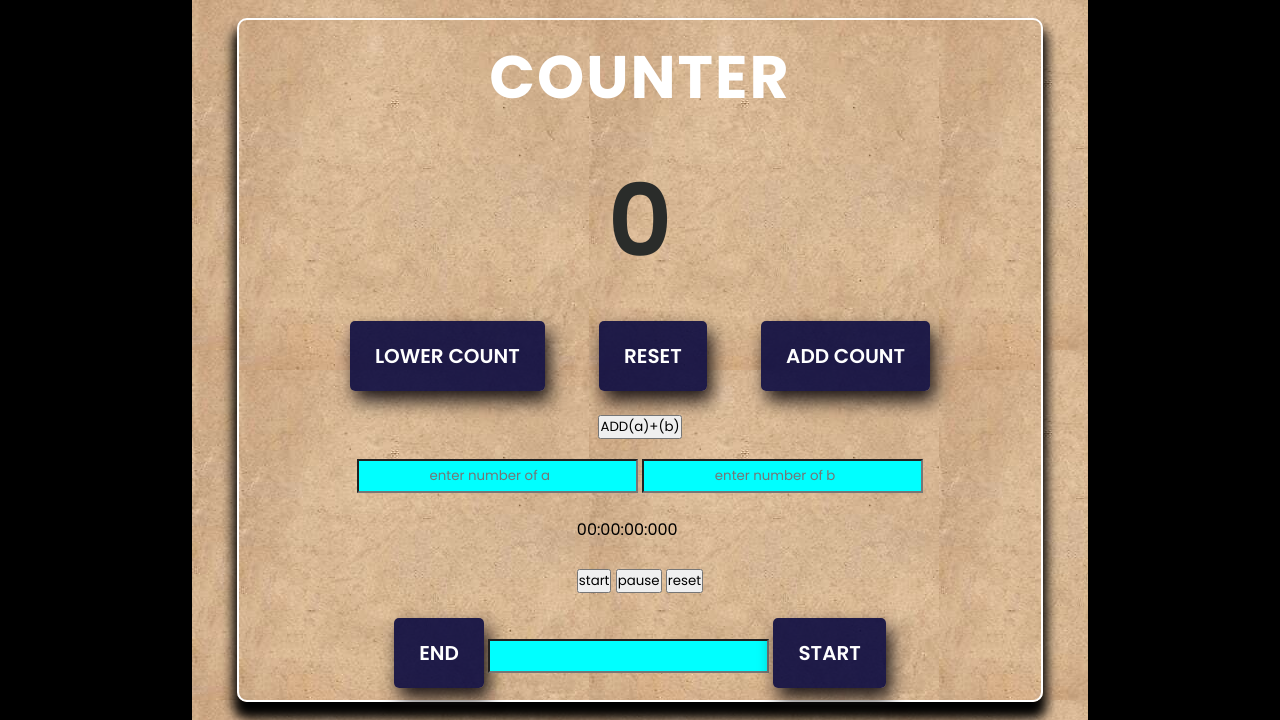
Repository: ArusyakAghajanyan/Counter
Page: index.html
An editor plug-in stored every save of this project. The page is shown before and after the next save, followed by the edit.
The browser window is 1280 px wide. The pictures show the whole page.

Above is the page before, as saved 2022-02-16 01:16:21.

### index.html
<!DOCTYPE html>
<html lang="en">
  <head>
    <meta charset="UTF-8" />
    <meta http-equiv="X-UA-Compatible" content="IE=edge" />
    <meta name="viewport" content="width=device-width, initial-scale=1.0" />
    <link rel="stylesheet" href="./style.css" />
    <title>Counter</title>
  </head>
  <body>
    <div class="body">
      <div class="parent">
          <div class="main">
              <div class="countText">
                  <h1>COUNTER</h1>
              </div>
              <div class="number">
                  <p id="num">0</p>
              </div>
              <div class="options">
                  <button class="leftButton">LOWER COUNT</button>
                  <button class="centerButton">RESET</button>
                  <button class="rightButton">ADD COUNT</button>
              </div>
              <div class="addABParent">
                  <button class="addAB">ADD(a)+(b)</button>
                  <input type="number" id="inputNum1" placeholder="enter number of a"><span class="plyus"></span>
                  <input type="number" id="inputNum2" placeholder="enter number of b"><span class="equals"></span>
                  <span id="valueOfSum"></span>
              </div>
              <form name="form_main">
                  <div>
                      <span id="hour">00</span>:<span id="minute">00</span>:<span id="second">00</span>:<span id="millisecond">000</span>
                  </div>
                  <br />
                  <button type="button" name="start">start</button>
                  <button type="button" name="pause">pause</button>
                  <button type="button" name="reset">reset</button>
              </form>
              <div class="options">
                  <button class="fibonLeft">END</button>
                  <input id="inputNumFibo">
                  <button class="fibonRight">START</button>
              </div>
          </div>
      </div>
  </div>
    <script src="./script.js"></script>
  </body>
</html>

### style.css
@import url('https://fonts.googleapis.com/css2?family=Poppins:wght@200;300;400;500;600;700&display=swap');
* {
    margin: 0;
    padding: 0;
    box-sizing: border-box;
    font-family: 'Poppins', sans-serif;
}

.body {
    background-color: black;
    position: absolute;
    width: 100%;
    height: 100%;
    display: flex;
    align-items: center;
    justify-content: center;
}

.parent {
    background-image: url("./image/Caesar-Materica-Ocra-Grip-225x453-cm-AFU6-Casa39.jpg");
    position: relative;
    width: 70%;
    height: 100%;
    display: flex;
    align-items: center;
    justify-content: center;
}

.main {
    background-image: url("./image/Caesar-Materica-Ocra-Grip-225x453-cm-AFU6-Casa39.jpg");
    position: relative;
    width: 90%;
    height: 95%;
    display: flex;
    align-items: center;
    justify-content: center;
    flex-direction: column;
    border: 2px solid white;
    border-radius: 10px;
    box-shadow: 0px 13px 12px 4px;
    display: flex;
    flex-direction: column;
    justify-content: space-around;
}

.countText {
    display: flex;
    align-items: center;
    justify-content: center;
    letter-spacing: 2px;
    color: white;
    font-size: 30px;
}

.number {
    font-size: 100px;
    font-weight: 600;
    color: rgb(42, 44, 42);
}

.options button {
    background-color: rgba(7, 7, 63, 0.884);
    border-radius: 5px;
    color: white;
    font-size: 20px;
    font-weight: 600;
    cursor: pointer;
    border: none;
    padding: 20px 25px 20px 25px;
    box-shadow: 5px 10px 18px #1D1717;
}

.options button:hover,
.btn button:hover {
    transform: scale(0.96);
}

.options button.leftButton {
    margin-right: 50px;
}

.options button.rightButton {
    margin-left: 50px;
}

.addABParent {
    text-align: -webkit-center;
}

.addAB {
    display: flex;
    margin-bottom: 20px;
}

input {
    padding: 5px 10px;
    text-align: center;
    background-color: aqua;
}

### script.js
const leftButton = document.querySelector(".leftButton");
const centerButton = document.querySelector(".centerButton");
const rightButton = document.querySelector(".rightButton");
const num = document.getElementById("num");
const addAB = document.querySelector(".addAB");
const valueOfSum = document.getElementById("valueOfSum");
const inputNum1 = document.getElementById("inputNum1");
const inputNum2 = document.getElementById("inputNum2");
const plyus = document.querySelector(".plyus");
const equals = document.querySelector(".equals");
const fibonLeft = document.querySelector(".fibonLeft");
const fibonRight = document.querySelector(".fibonRight");


let i = 0;
leftButton.addEventListener("click", function minus() {
    i--;
    num.innerHTML = i;
});

rightButton.addEventListener("click", function pulus() {
    i++;
    num.innerHTML = i;
});

centerButton.addEventListener("click", function reset() {
    i = 0;
    num.innerHTML = i;
    inputNum1.value = "";
    plyus.innerText = "";
    inputNum2.value = "";
    equals.innerText = "";
    valueOfSum.innerText = "";
});

function add(a) {
    return function name(b) {
        return a + b;
    }
}

addAB.addEventListener("click", function() {
    plyus.innerText = "+"
    equals.innerText = "="
    let inputNum1Value = Number(inputNum1.value);
    let inputNum2Value = Number(inputNum2.value);
    valueOfSum.innerText = add(inputNum1Value)(inputNum2Value)
});
//taymer start
let hour = 0;
let minute = 0;
let second = 0;
let millisecond = 0;

let cron;

document.form_main.start.onclick = () => start();
document.form_main.pause.onclick = () => pause();
document.form_main.reset.onclick = () => reset();

function start() {
    pause();
    cron = setInterval(() => { timer(); }, 10);
}

function pause() {
    clearInterval(cron);
}

function reset() {
    hour = 0;
    minute = 0;
    second = 0;
    millisecond = 0;
    document.getElementById('hour').innerText = '00';
    document.getElementById('minute').innerText = '00';
    document.getElementById('second').innerText = '00';
    document.getElementById('millisecond').innerText = '000';
}

function timer() {
    if ((millisecond += 10) == 1000) {
        millisecond = 0;
        second++;
    }
    if (second == 60) {
        second = 0;
        minute++;
    }
    if (minute == 60) {
        minute = 0;
        hour++;
    }
    document.getElementById('hour').innerText = returnData(hour);
    document.getElementById('minute').innerText = returnData(minute);
    document.getElementById('second').innerText = returnData(second);
    document.getElementById('millisecond').innerText = returnData(millisecond);
}

function returnData(input) {
    return input > 10 ? input : `0${input}`
}
//taymer end

fibonLeft.addEventListener("click", function() {
    document.getElementById("inputNumFibo").value = "";
    value = 0;
});

let n = 0;
fibonRight.addEventListener("click", function() {
    n++

    function fibonacci(n) {
        if (n == 0 || n == 1) {
            return 1;
        }
        return fibonacci(n - 2) + fibonacci(n - 1);
    }
    fibonacci(n);
    document.getElementById("inputNumFibo").value = fibonacci(n);
});

After the next save:
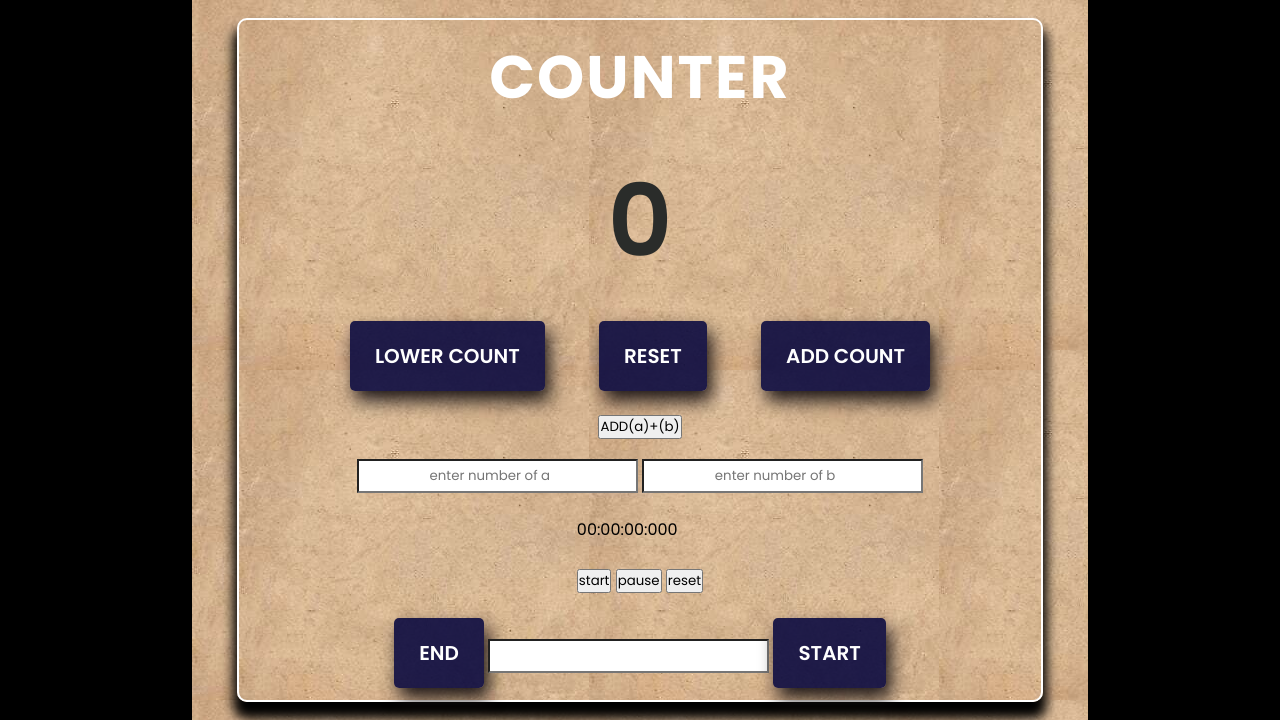
Saved 46 s later.
--- a/style.css
+++ b/style.css
@@ -95,5 +95,5 @@
 input {
     padding: 5px 10px;
     text-align: center;
-    background-color: aqua;
+    background-color: white;
 }
